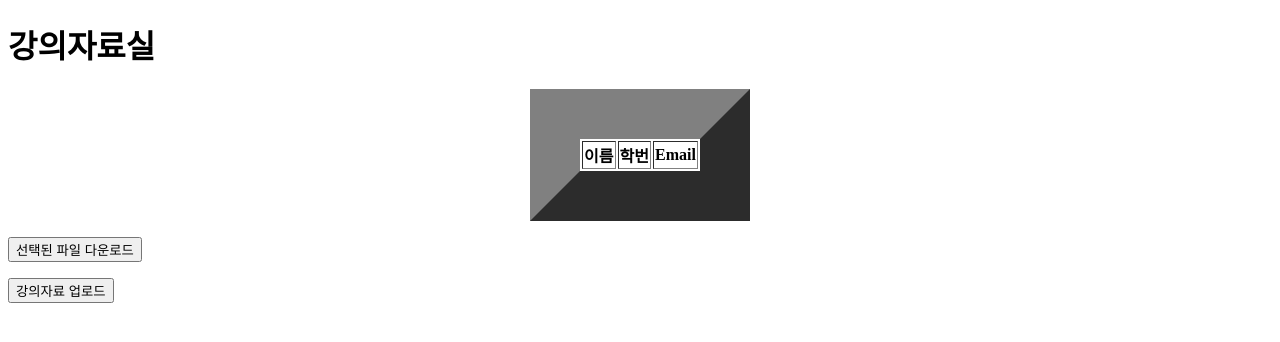
Repository: jungmintaeng/mini-ucampus
Page: http://localhost/ucam/stInfo.jsp
An editor plug-in stored every save of this project. The page is shown before and after the next save, followed by the edit.
The browser window is 1280 px wide. The pictures show the whole page.
The page is served by Tomcat 9. Queries for data that is not in the repository find no rows.

Above is the page before, as saved 2016-06-12 08:09:46.

After the next save:
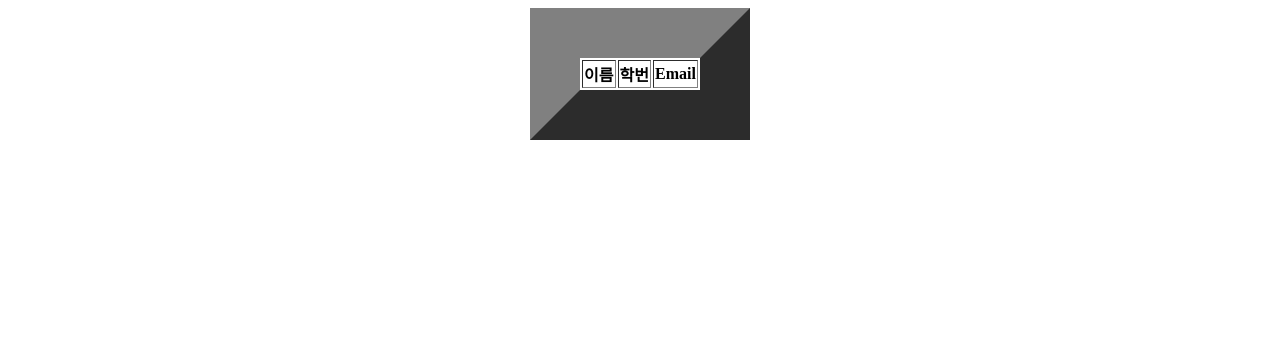
Saved 99 s later.
--- a/ucam/WebContent/stInfo.jsp
+++ b/ucam/WebContent/stInfo.jsp
@@ -49,7 +49,6 @@ Blob blob;
 	}
 	%>
 	<form action="MainStudent.jsp">
-		<h1>강의자료실</h1>
 		<table summary="게시판 목록" border=50 align="center">
 			<thead>
 				<tr>
@@ -75,13 +74,5 @@ Blob blob;
 				%>
 			</tbody>
 		</table>
-		<p>
-			<input class="lecture_note_btn" type="submit" name="" value="선택된 파일 다운로드" />
-		</p>
-	</form>
-
-	<form action = "UpSetting.jsp">
-		<input class="lecture_note_btn" type="submit" name="upload" value="강의자료 업로드" />
-	</form>
 </body>
 </html>
